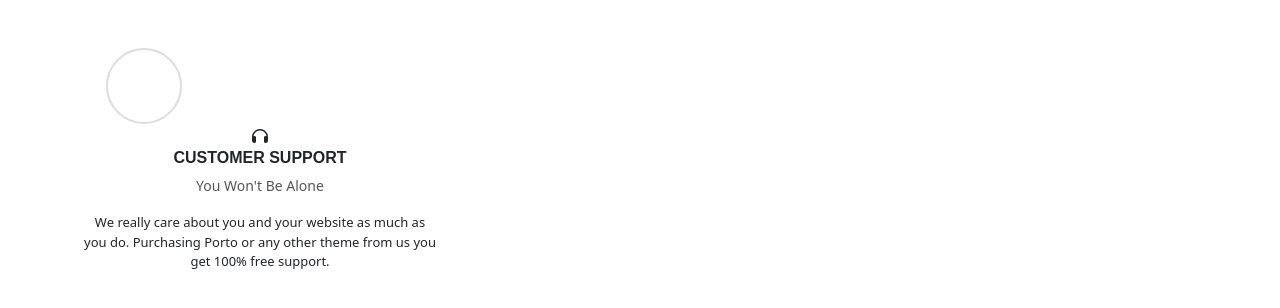
Repository: NguyenDo13/BE2-NhomH
Page: module-9/index/index.html
These files come from the project's save history. The page is drawn as it stood at one moment and after the next save; the edit follows.
The browser window is 1280 px wide. The pictures show the whole page.

Above is the page before, as saved 2022-05-15 11:52:32.

### module-9/index/index.html
<!DOCTYPE html>
<html lang="en">

<head>
    <meta charset="UTF-8" />
    <meta http-equiv="X-UA-Compatible" content="IE=edge" />
    <meta name="viewport" content="width=device-width, initial-scale=1.0" />
    <link rel="stylesheet" href="public/css/style.css" />
    <link rel="stylesheet" href="public/css/bootstrap.min.css" />
    <link rel="stylesheet" href="https://cdnjs.cloudflare.com/ajax/libs/font-awesome/6.0.0/css/all.min.css" />
    <title>Document</title>
</head>

<body>
    <div class="pt-5 pb-4">
        <!-- chia hàng -->
        <div class="container">
            <div class="row">
                <!-- chia cột -->
                <div class="vc_column_container col-md-4">
                    <div class="portoContainer vc_column-inner">
                        <div class="portoTop px-4 style_1 top-icon">
                            <div class="porto-siscon-top">
                                <div class="portoTopicon" style="text-align: center;">
                                    <div class="porto-icon advanced">

                                    </div>
                                    <i class="fa-solid fa-headphones"></i>
                                </div>
                            </div>
                        </div>
                        <div class="portoheader">
                            <h3 class="porto-sicon-title" style="font-weight: 700; font-size: 16px;">CUSTOMER SUPPORT</h3>
                            <p style="font-weight: 500; font-size: 14px; line-height: 22px; color: #555555;">You Won't Be Alone</p>
                        </div>
                        <div class="portodescription" style="font-size: 13px">
                            We really care about you and your website as much as you do. Purchasing Porto or any other theme from us you get 100% free support.
                        </div>
                    </div>
                </div>
            </div>
        </div>
    </div>
</body>

</html>

### module-9/index/public/css/style.css
body {
    font-size: 13px;
    line-height: 22px;
    font-family: 'Open Sans', sans-serif;
    background: #fff;
}

.portoTotal {}

.container {}

.row {
    display: flex;
    flex-wrap: wrap;
}

.vc_column_container {}

.portoContainer {}

.portotop {}

.portoTopicon {}

.porto-icon {
    color: #0088cc;
    background: transparent;
    border-style: solid;
    border-color: #dddddd;
    border-width: 2px;
    width: 76px;
    height: 76px;
    line-height: 76px;
    border-radius: 40px;
    font-size: 40px;
}

.portoheader {
    text-align: center;
}

.portodescription {
    text-align: center;
}

.porto-siscon-top {
    text-align: center;
}

h3 {
    font-family: Poppins, sans-serif;
    font-weight: 700;
    font-size: 14px;
    line-height: 32px;
    color: #222529;
    margin: 0 0 20px 0;
}

Loaded but not shown: module-9/index/public/css/bootstrap.min.css (library)

After the next save:
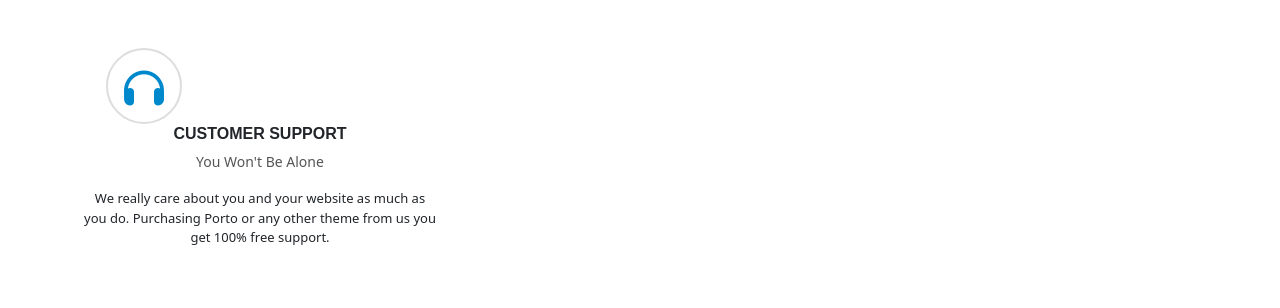
Saved 22 s later.
--- a/module-9/index/index.html
+++ b/module-9/index/index.html
@@ -23,9 +23,9 @@
                             <div class="porto-siscon-top">
                                 <div class="portoTopicon" style="text-align: center;">
                                     <div class="porto-icon advanced">
+                                        <i class="fa-solid fa-headphones"></i>
+                                    </div>
 
-                                    </div>
-                                    <i class="fa-solid fa-headphones"></i>
                                 </div>
                             </div>
                         </div>
